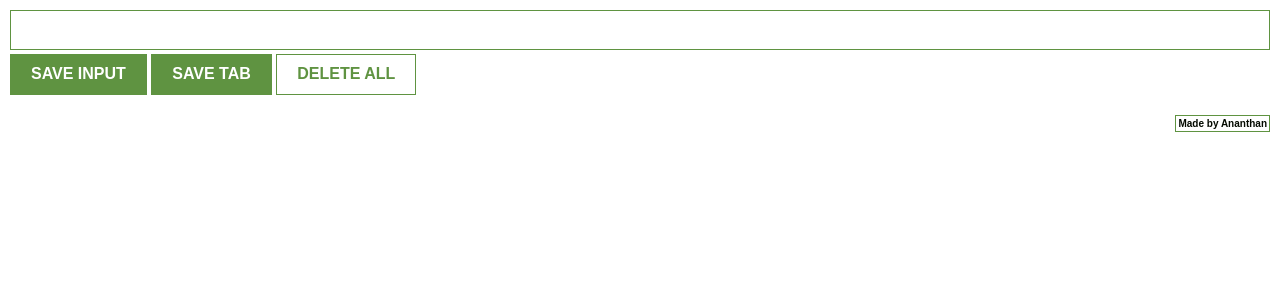
Repository: ananthantharma/Chrome-Extension
Page: index.html
The author's editor kept a copy of each file at every save. The page is drawn from the files as they stood at one save, then again after the next save.
The browser window is 1280 px wide. The pictures show the whole page.

Above is the page before, as saved 2022-07-20 23:25:33.
Console error: TypeError: Cannot read properties of null (reading 'addEventListener')

After the next save:
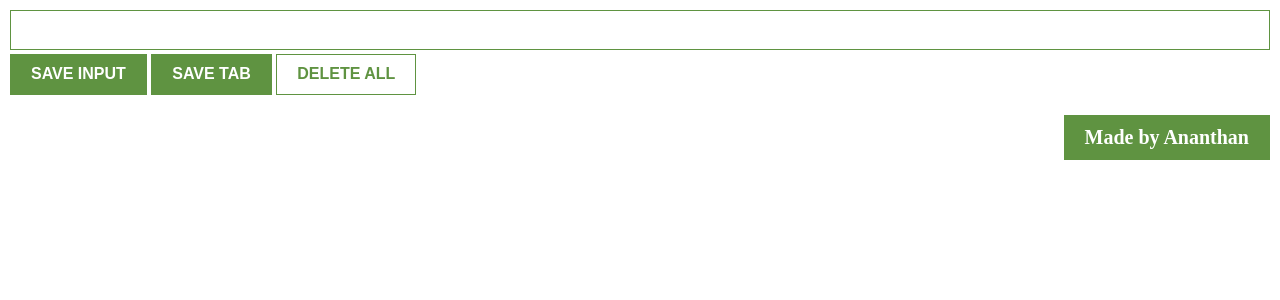
Saved 80 s later.
--- a/index.html
+++ b/index.html
@@ -13,6 +13,6 @@
         <script src="index.js"></script>
     </body>
     <footer>
-        <button id="ananthanMessage">Made by Ananthan</button>
+        <button id="ananthan" onclick="ananthanMessage">Made by Ananthan</button>
     </footer>
 </html>

After the 3 saves that followed:
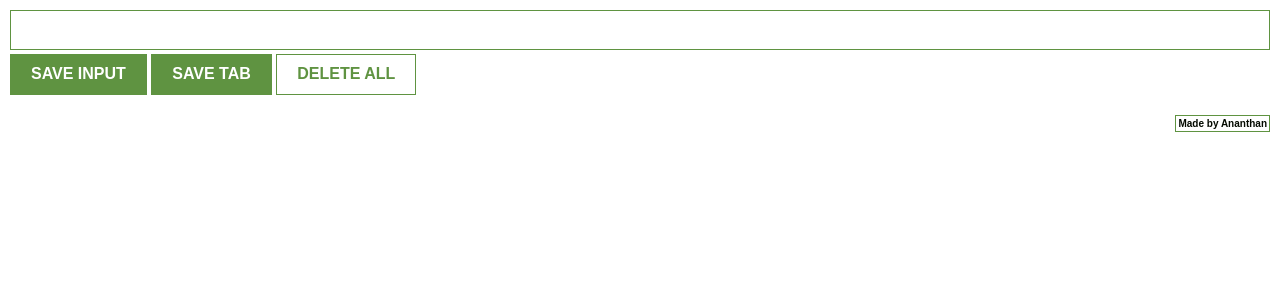
The error is gone.
The 3 saves are shown as one change because 2 left the picture as it was.
The last was saved 53 s later.
--- a/index.html
+++ b/index.html
@@ -13,6 +13,6 @@
         <script src="index.js"></script>
     </body>
     <footer>
-        <button id="ananthan" onclick="ananthanMessage">Made by Ananthan</button>
+        <button id="ananthan" onclick="ananthanMessage()">Made by Ananthan</button>
     </footer>
 </html>
--- a/index.css
+++ b/index.css
@@ -71,7 +71,7 @@ a {
 
     line-height: normal;
 }
-#ananthanMessage {
+#ananthan {
     background: white;
     color: #040a00;
     font-family: Arial, Helvetica, sans-serif;
--- a/index.js
+++ b/index.js
@@ -134,6 +134,6 @@ function render(leads) {
         console.log(myLeads)
         })
 
-        document.getElementById("ananthanMessage").addEventListener("click",function(){
+        function ananthanMessage(){
             alert("Ananthan thanks you for using his Chrome extension");
-        })
+        }
